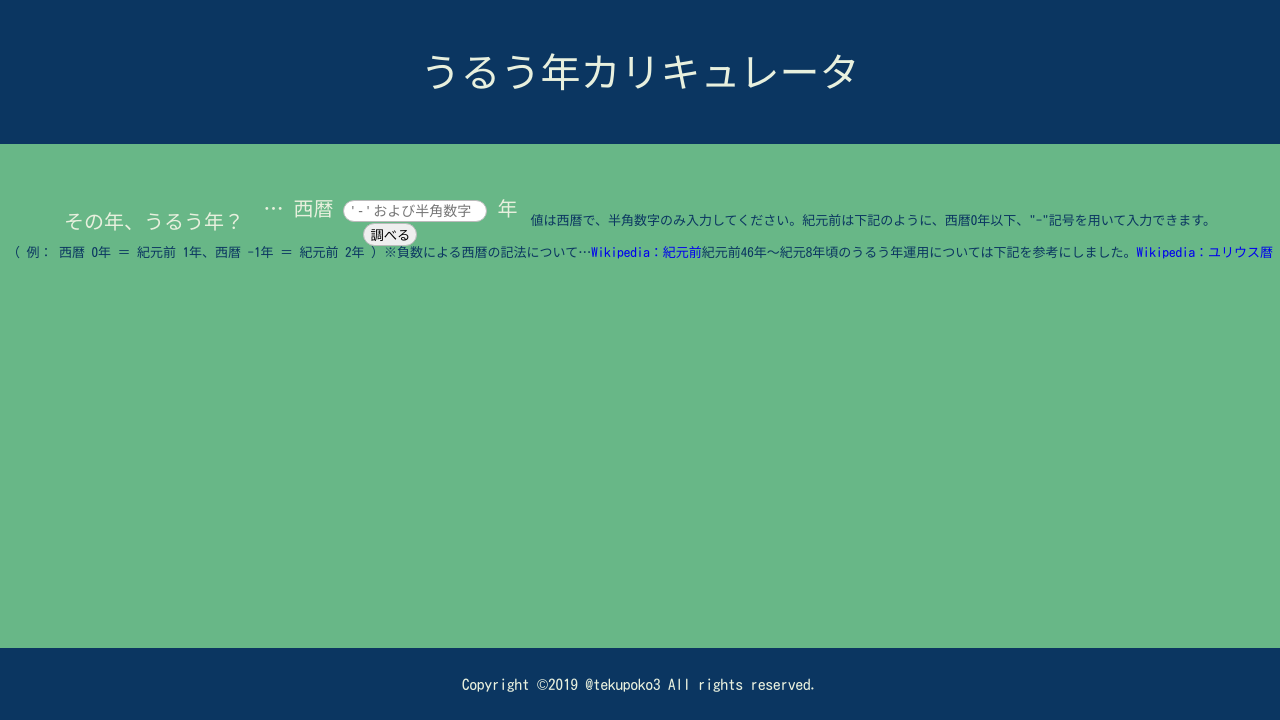
Repository: tekupoko3/leap_year_calculator
Page: leapyearcalc/judgeleapyear/templates/judgeleapyear/index.html
The author's editor kept a record of every edit. The page is drawn from the files as they stood at one moment, then again after the next edit.
The browser window is 1280 px wide. The pictures show the whole page.
The template is drawn by Django 3.2. The application's start-up code is not run. The template is opened directly, without the code that normally fills it, so the values that code supplies are empty.

Above is the page before.

After the next edit:
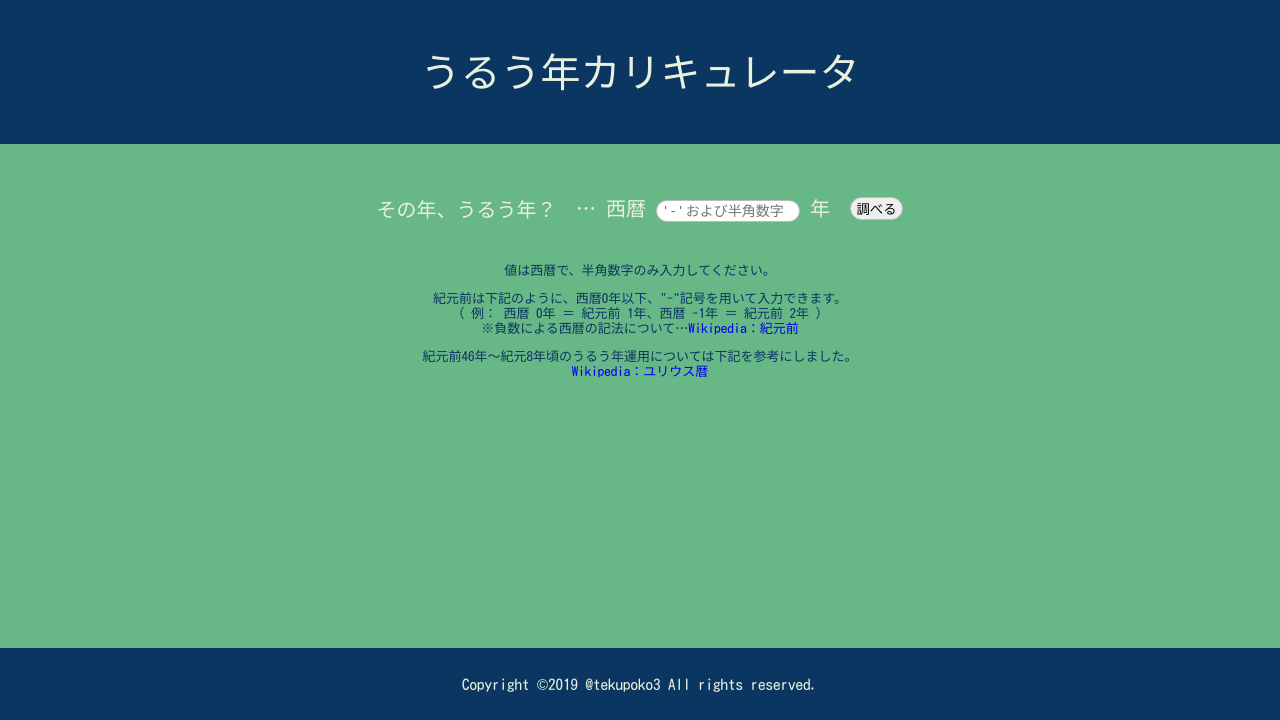
The edit:
--- a/leapyearcalc/judgeleapyear/templates/judgeleapyear/index.html
+++ b/leapyearcalc/judgeleapyear/templates/judgeleapyear/index.html
@@ -34,7 +34,7 @@
           {% else %}
             <input type="text" name="year" placeholder="' - ' および半角数字" value='{{ year }}' class="inputbox" pattern="-?[0-9]+" title="半角負号' - '（任意）と、連続した半角数字のみで入力して下さい。" required />
           {% endif %}
-          年　</p>
+          年　</div>
           <input type="submit" value="調べる" class="button">
         </form>
       </div>
